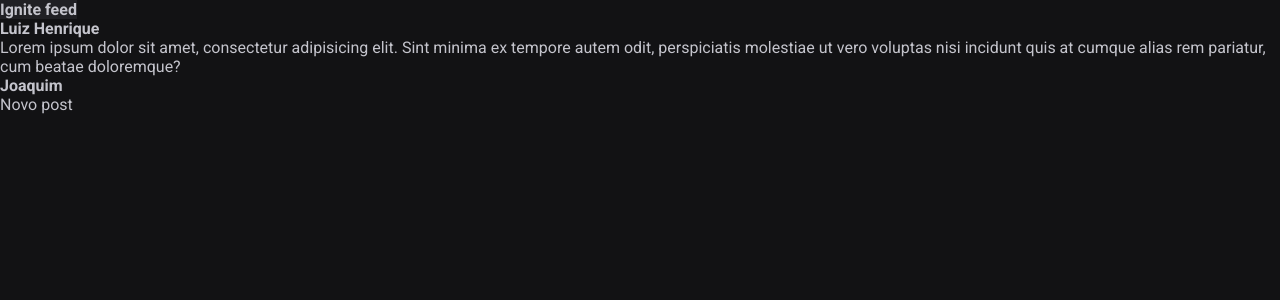
Repository: LuizHMAL/IGNITEFEED
Page: /
An editor plug-in stored every save of this project. The page is shown before and after the next save, followed by the edit.
The browser window is 1280 px wide. The pictures show the whole page.
The project was rebuilt for these pictures with package versions that can differ from the ones it lists, and the page was loaded fresh each time. Also part of the build but not shown: vite.config.js.

Above is the page before, as saved 2023-09-19 00:42:25.

After the next save:
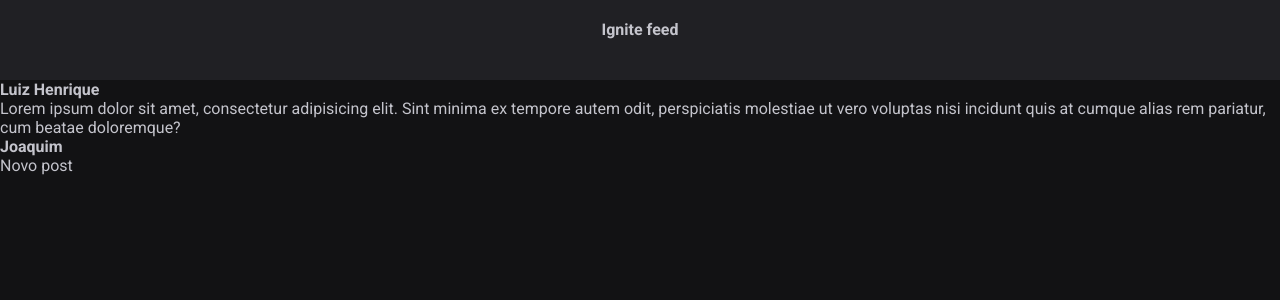
Saved 97 s later.
--- a/src/components/Header.module.css
+++ b/src/components/Header.module.css
@@ -1,4 +1,12 @@
-.header{
+.header {
+    background: #333;
+    height: 80px;
     background: var(--gray-800);
-    height: 80px;
-}
+    display: flex;
+    justify-content: center;
+    padding: 1.25rem 0;
+  }
+
+  .header img {
+    height: 2rem;
+  }
